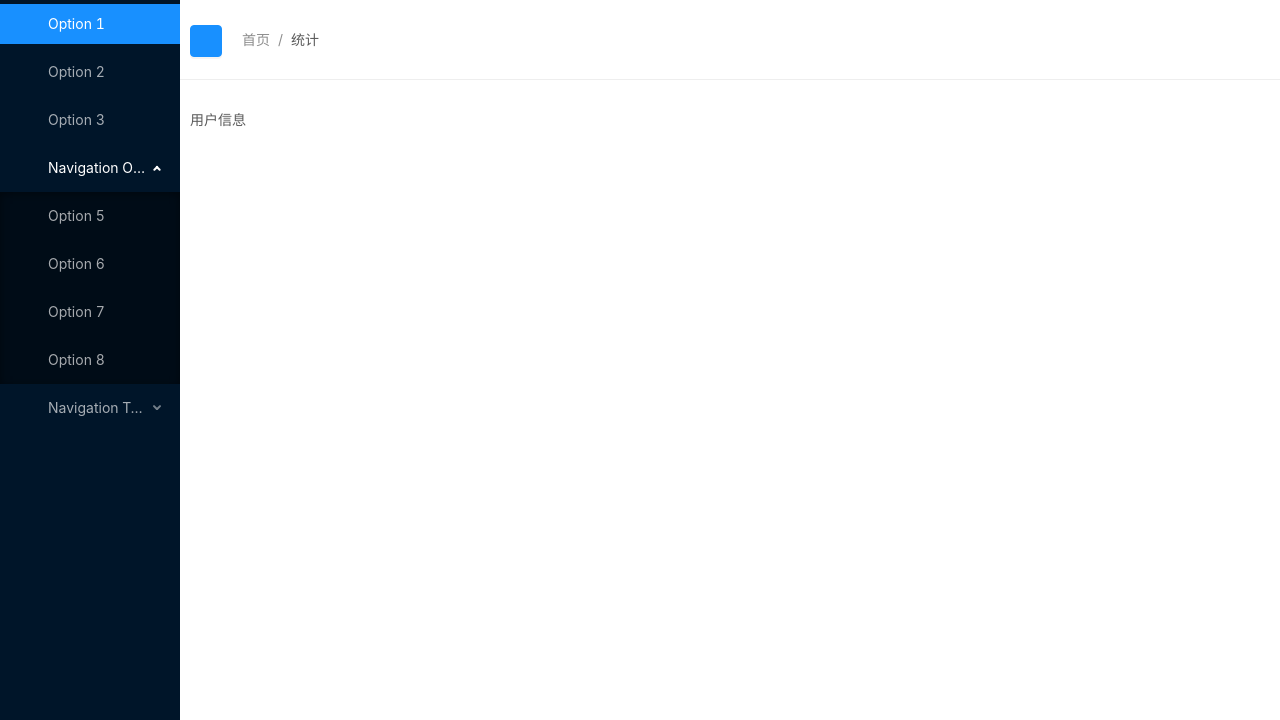
Repository: Ysleave/mall-app
Page: /
An editor plug-in stored every save of this project. The page is shown before and after the next save, followed by the edit.
The browser window is 1280 px wide. The pictures show the whole page.
The project was rebuilt for these pictures with package versions that can differ from the ones it lists, and the page was loaded fresh each time.

Above is the page before, as saved 2021-01-15 21:47:48.

### public/index.html
<!DOCTYPE html>
<html lang="en">
  <head>
    <meta charset="utf-8">
    <meta http-equiv="X-UA-Compatible" content="IE=edge">
    <meta name="viewport" content="width=device-width,initial-scale=1.0">
    <link rel="icon" href="<%= BASE_URL %>favicon.ico">
    <title>student</title>
  </head>
  <body>
    <noscript>
      <strong>We're sorry but student doesn't work properly without JavaScript enabled. Please enable it to continue.</strong>
    </noscript>
    <div id="app"></div>
    <!-- built files will be auto injected -->
  </body>
</html>

### src/main.js
import Vue from 'vue'
import Antd from 'ant-design-vue';
import App from './App.vue'
import router from './router'
import store from './store'
import 'ant-design-vue/dist/antd.css';
import './assets/css/reset.css'

Vue.config.productionTip = false
Vue.use(Antd);

new Vue({
  router,
  store,
  render: h => h(App)
}).$mount('#app')

### src/App.vue
<template>
  <div id="app" class="wrapper">
    <home/>
  </div>
</template>
<script>
import home from '@/views/home'
export default {
  components:{
    home
  },
}
</script>

### src/router.js
import Vue from 'vue'
import Router from 'vue-router'

Vue.use(Router)

export default new Router({
  mode: 'history',
  routes:[

  ],
  linkActiveClass:'active'
})

### src/store.js
import Vue from 'vue'
import Vuex from 'vuex'


Vue.use(Vuex)

export default new Vuex.Store({
  state: {
    collapsed:false
  },
  mutations: {
     changeCollapsed(state){
       state.collapsed = !state.collapsed
     }
  },
  actions: {
    changeCollapsed({commit}){
      commit("changeCollapsed")
    }
  }
})

### src/assets/css/reset.css
body, h1, h2, h3, h4, h5, h6, hr, p, blockquote, dl, dt, dd, ul, ol, li, pre, form, fieldset, legend, button, input, textarea, th, td { margin:0; padding:0; }
body, button, input, select, textarea { font:12px/1.5tahoma, arial, \5b8b\4f53; }
h1, h2, h3, h4, h5, h6{ font-size:100%; }
address, cite, dfn, em, var { font-style:normal; }
code, kbd, pre, samp { font-family:couriernew, courier, monospace; }
small{ font-size:12px; }
ul, ol { list-style:none; }
a { text-decoration:none; }
a:hover { text-decoration:underline; }
sup { vertical-align:text-top; }
sub{ vertical-align:text-bottom; }
legend { color:#000; }
fieldset, img { border:0; }
button, input, select, textarea { font-size:100%; }
table { border-collapse:collapse; border-spacing:0; }

### src/views/home.vue
<!-- 页面根组件 -->
<template>
  <div class="home">
    <div class="leftmenuWrapper">
      <leftMenu></leftMenu>
    </div>
    <mainContent />
  </div>
</template>

<script>
import leftMenu from "@/views/leftMenu";
import mainContent from "@/views/mainContent";
export default {
  components: {
    leftMenu,
    mainContent,
  },
  data() {
    return {};
  },
  computed: {},
  methods: {},
  //生命周期 - 创建完成（可以访问当前this实例）
  created() {},
  //生命周期 - 挂载完成（可以访问DOM元素）
  mounted() {},
};
</script>
<style lang="less">
// @import url("~@/assets/css/home.less"); //引入公共css类
.home {
  .leftmenuWrapper {
    .menu-list {
      width: 180px;
      position: fixed;
      height: 100%;
      .ant-menu {
        height: 100%;
      }
    }
  }
  .mainContentWrapper {
    margin-left: 180px;
    transition: all 0.3s;
    &.menu-unfold {
      margin-left: 80px;
    }
    .headWrapper {
      height: 80px;
      line-height: 80px;
      padding-left: 10px;
      border-bottom: 1px solid #eee;
      .breadcrumb {
        display: inline-block;
        margin-left: 20px;
      }
    }
  }
}
</style>

### src/views/leftMenu.vue
<template>
    <div class="menu-list">
      <a-menu
        :default-selected-keys="['1']"
        :default-open-keys="['sub1']"
        mode="inline"
        theme="dark"
        :inline-collapsed="$store.state.collapsed"
      >
        <a-menu-item key="1">
          <a-icon type="pie-chart" />
          <span>Option 1</span>
        </a-menu-item>
        <a-menu-item key="2">
          <a-icon type="desktop" />
          <span>Option 2</span>
        </a-menu-item>
        <a-menu-item key="3">
          <a-icon type="inbox" />
          <span>Option 3</span>
        </a-menu-item>
        <a-sub-menu key="sub1">
          <span slot="title"
            ><a-icon type="mail" /><span>Navigation One</span></span
          >
          <a-menu-item key="5">
            Option 5
          </a-menu-item>
          <a-menu-item key="6">
            Option 6
          </a-menu-item>
          <a-menu-item key="7">
            Option 7
          </a-menu-item>
          <a-menu-item key="8">
            Option 8
          </a-menu-item>
        </a-sub-menu>
        <a-sub-menu key="sub2">
          <span slot="title"
            ><a-icon type="appstore" /><span>Navigation Two</span></span
          >
          <a-menu-item key="9">
            Option 9
          </a-menu-item>
          <a-menu-item key="10">
            Option 10
          </a-menu-item>
          <a-sub-menu key="sub3" title="Submenu">
            <a-menu-item key="11">
              Option 11
            </a-menu-item>
            <a-menu-item key="12">
              Option 12
            </a-menu-item>
          </a-sub-menu>
        </a-sub-menu>
      </a-menu>
    </div>
</template>

<script>
export default {
  data() {
    return {
      collapsed: false,
    };
  },
};
</script>
<style></style>

### src/views/mainContent.vue
<!--  -->
<template>
  <div :class="{ mainContentWrapper: true, 'menu-unfold': $store.state.collapsed }">
    <div class="headWrapper">
      <a-button
        type="primary"
        style="margin-bottom: 16px"
        @click="toggleCollapsed"
      >
        <a-icon :type="$store.state.collapsed ? 'menu-unfold' : 'menu-fold'" />
      </a-button>
      <div class="breadcrumb">
        <template>
          <a-breadcrumb>
            <a-breadcrumb-item>首页</a-breadcrumb-item>
            <a-breadcrumb-item><a href="">统计</a></a-breadcrumb-item>
          </a-breadcrumb>
        </template>
      </div>
      <div class="userInfo">
        用户信息
      </div>
    </div>
  </div>
</template>

<script>
export default {
  components: {},
  methods: {
    toggleCollapsed() {
      this.$store.dispatch("changeCollapsed");
    },
  },
  //生命周期 - 创建完成（可以访问当前this实例）
  created() {},
  //生命周期 - 挂载完成（可以访问DOM元素）
  mounted() {},
};
</script>
<style lang="less" scoped>
//@import url(); 引入公共css类
</style>

After the next save:
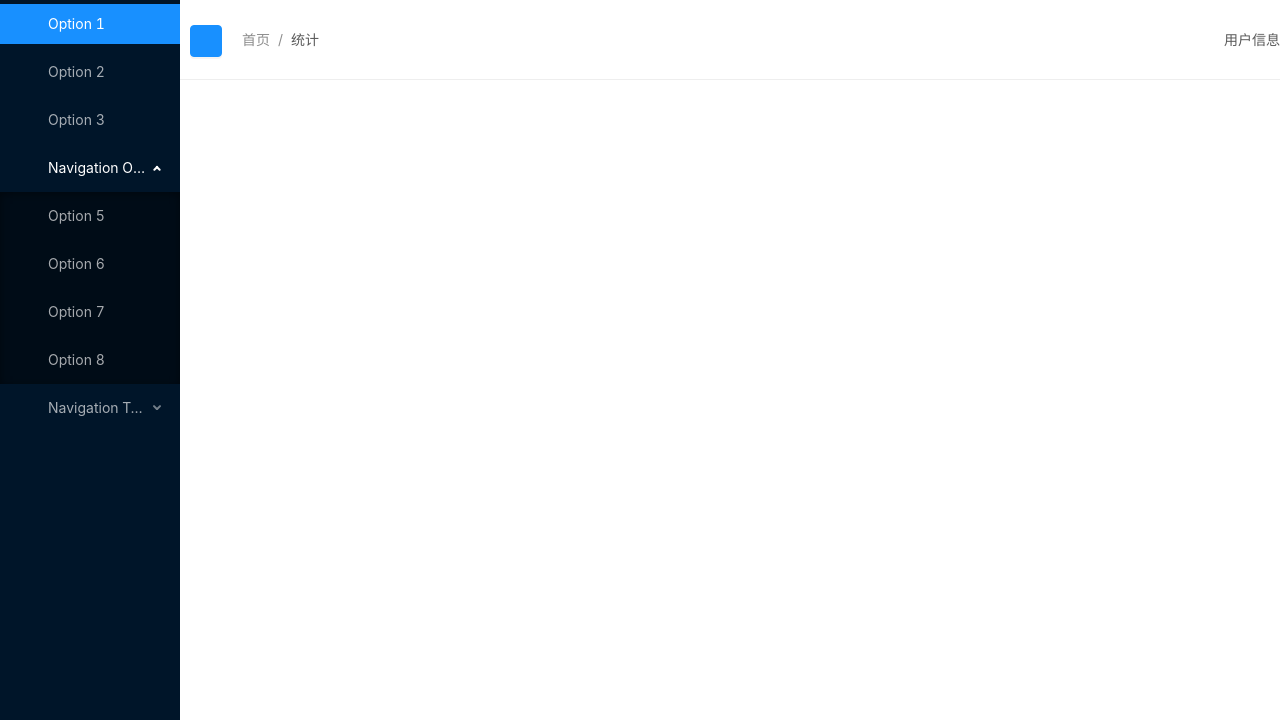
Saved 12 s later.
--- a/src/views/home.vue
+++ b/src/views/home.vue
@@ -55,6 +55,9 @@ export default {
         display: inline-block;
         margin-left: 20px;
       }
+      .userInfo{
+        float: right;
+      }
     }
   }
 }
